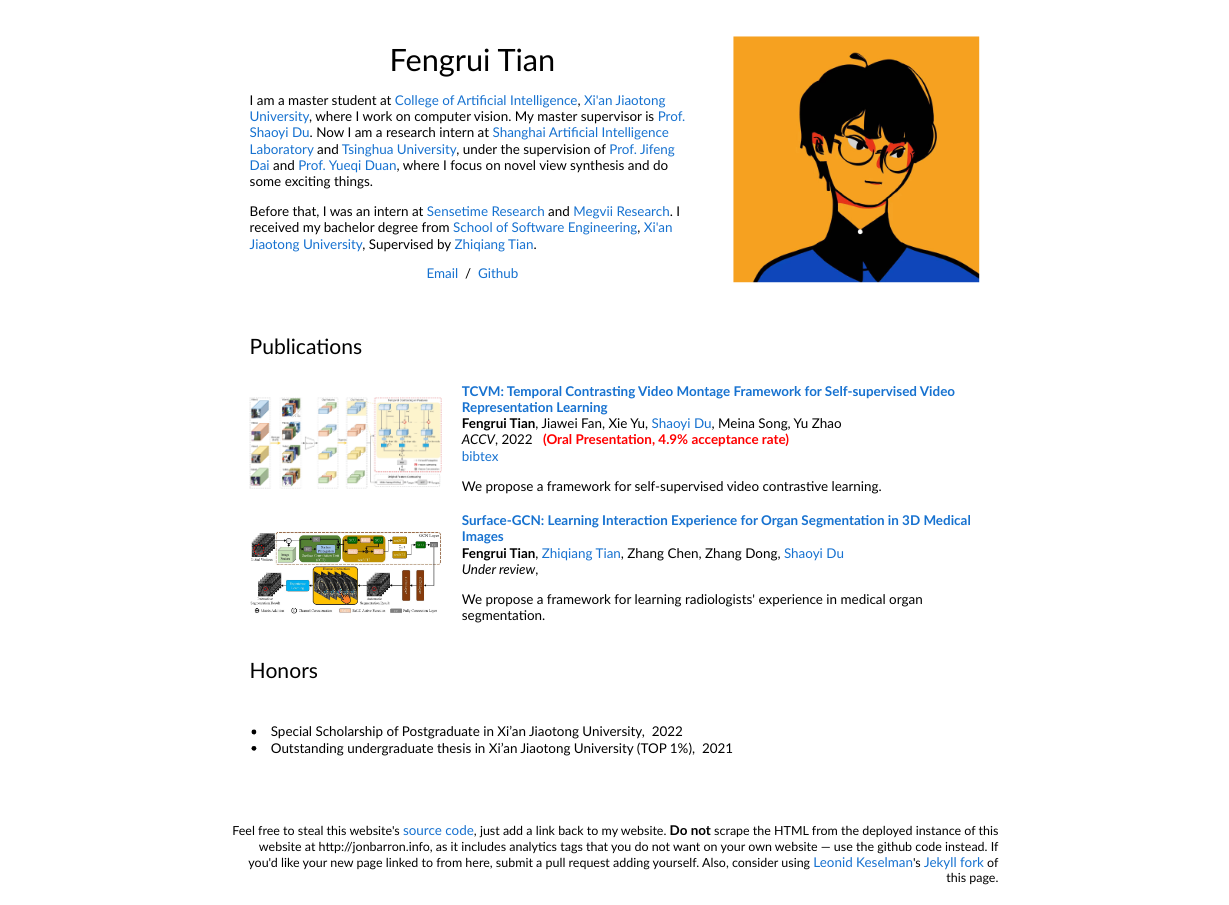
Repository: tianfr/tianfr.github.io
Page: index.html
These files come from the project's save history. The page is drawn as it stood at one moment and after the next save; the edit follows.
The browser window is 1280 px wide. The pictures show the whole page, at 96% of full size.

Above is the page before, as saved 2022-11-20 15:42:35.

### index.html
<!DOCTYPE HTML>
<html lang="en"><head><meta http-equiv="Content-Type" content="text/html; charset=UTF-8">

  <title>Fengrui Tian</title>

  <meta name="author" content="Fengrui Tian">
  <meta name="viewport" content="width=device-width, initial-scale=1">

  <link rel="stylesheet" type="text/css" href="stylesheet.css">
	<link rel="icon" href="data:[embedded picture, 141 characters]">
</head>

<body>
  <table style="width:100%;max-width:800px;border:0px;border-spacing:0px;border-collapse:separate;margin-right:auto;margin-left:auto;"><tbody>
    <tr style="padding:0px">
      <td style="padding:0px">
        <table style="width:100%;border:0px;border-spacing:0px;border-collapse:separate;margin-right:auto;margin-left:auto;"><tbody>
          <tr style="padding:0px">
            <td style="padding:2.5%;width:63%;vertical-align:middle">
              <p style="text-align:center">
                <name>Fengrui Tian</name>
              </p>
              <p>I am a master student at <a href="http://iair.xjtu.edu.cn/">College of Artificial Intelligence</a>, <a href="http://www.xjtu.edu.cn/">Xi'an Jiaotong University</a>, where I work on computer vision. My master supervisor is <a href="https://gr.xjtu.edu.cn/en/web/dushaoyi/home">Prof. Shaoyi Du</a>. Now I am a research intern at <a href="https://www.shlab.org.cn/">Shanghai Artificial Intelligence Laboratory</a> and <a href="https://www.tsinghua.edu.cn/">Tsinghua University</a>, under the supervision of <a href="https://jifengdai.org/">Prof. Jifeng Dai</a> and  <a href="https://duanyueqi.github.io/">Prof. Yueqi Duan</a>, where I focus on novel view synthesis and do some exciting things.
              </p>
              <p> Before that, I was an intern at <a href="https://www.sensetime.com/">Sensetime Research</a> and
                <a href="https://www.megvii.com/">Megvii Research</a>. I received my bachelor degree from  <a href="https://blog.google/products/google-ar-vr/introducing-next-generation-jump/">School of Software Engineering</a>, <a href="http://www.xjtu.edu.cn/">Xi'an Jiaotong University</a>, Supervised by <a href="https://gr.xjtu.edu.cn/en/web/zhiqiangtian/home">Zhiqiang Tian</a>.
              </p>
              <p style="text-align:center">
                <a href="mailto:tianfr@stu.xjtu.edu.cn">Email</a> &nbsp/&nbsp
                <!-- <a href="data/JonBarron-CV.pdf">CV</a> &nbsp/&nbsp -->
                <!-- <a href="data/JonBarron-bio.txt">Bio</a> &nbsp/&nbsp -->
                <!-- <a href="https://scholar.google.com/citations?hl=en&user=jktWnL8AAAAJ">Google Scholar</a> &nbsp/&nbsp -->
                <!-- <a href="https://twitter.com/jon_barron">Twitter</a> &nbsp/&nbsp -->
                <a href="https://github.com/tianfr/">Github</a>
              </p>
            </td>
            <td style="padding:2.5%;width:40%;max-width:40%">
              <a href="images/Fengrui_Tian_avatar.jpg"><img style="width:100%;max-width:100%" alt="profile photo" src="images/Fengrui_Tian_avatar.jpg" class="hoverZoomLink"></a>
            </td>
          </tr>
        <!-- </tbody></table>
        <table style="width:100%;border:0px;border-spacing:0px;border-collapse:separate;margin-right:auto;margin-left:auto;"><tbody>
            <tr>
            <td style="padding:20px;width:100%;vertical-align:middle">
              <heading>Research</heading>
              <p>
                I'm interested in computer vision, machine learning, optimization, and image processing. Much of my research is about inferring the physical world (shape, motion, color, light, etc) from images. Representative papers are <span class="highlight">highlighted</span>.
              </p>
            </td>
          </tr>
        </tbody></table> -->
        <table width="100%" align="center" border="0" cellspacing="0" cellpadding="20"><tbody>
          <tr>
            <td>
              <heading>Publications</heading>
            </td>
          </tr>
        </tbody></table>
        <table style="width:100%;border:0px;border-spacing:0px;border-collapse:separate;margin-right:auto;margin-left:auto;"><tbody>

          <tr onmouseout="dreamfusion_stop()" onmouseover="dreamfusion_start()">
            <td style="padding:20px;width:25%;vertical-align:middle">
              <img src="images/tcvm_overview.jpg" alt="prl" width="200" height="95">
            </td>
            <!-- <td style="padding:20px;width:25%;vertical-align:middle">
              <div class="one">
                <div class="two" id='dreamfusion_image'><video  width=100% height=100% muted autoplay loop>
                <source src="images/dreamfusion.mp4" type="video/mp4">
                Your browser does not support the video tag.
                </video></div>
                <img src='images/tcvm_overview.jpg' width="160">
              </div>
              <script type="text/javascript">
                function dreamfusion_start() {
                  document.getElementById('dreamfusion_image').style.opacity = "1";
                }

                function dreamfusion_stop() {
                  document.getElementById('dreamfusion_image').style.opacity = "0";
                }
                dreamfusion_stop()
              </script>
            </td> -->
            <!-- <td style="padding:20px;width:75%;vertical-align:middle"> -->
            <td width="75%" valign="middle">
              <a href="paper/22accv_tcvm.pdf">
                <papertitle>TCVM: Temporal Contrasting Video Montage Framework for Self-supervised Video Representation Learning</papertitle>
              </a>
              <br>
              <strong>Fengrui Tian</strong>,
              Jiawei Fan,
              Xie Yu,
              <a href="https://gr.xjtu.edu.cn/en/web/dushaoyi/home">Shaoyi Du</a>,
              Meina Song,
              Yu Zhao
              <br>
              <em>ACCV</em>, 2022 &nbsp <font color="red"><strong>(Oral Presentation, 4.9% acceptance rate)</strong></font>
              <br>
              <a href="data/accv22TCVM.bib">bibtex</a>
              <p></p>
              <p>
              We propose a framework for self-supervised video contrastive learning.
              </p>
            </td>
          </tr>


          <tr>
            <td style="padding:20px;width:25%;vertical-align:middle">
              <img src="images/surfacegcn.jpg" alt="prl" width="200" height="85">
            </td>
            <td width="75%" valign="middle">
              <a href="">
                <papertitle>Surface-GCN: Learning Interaction Experience for Organ Segmentation in 3D Medical Images</papertitle>
              </a>
              <br>
              <strong>Fengrui Tian</strong>,
              <a href="https://gr.xjtu.edu.cn/en/web/zhiqiangtian/home">Zhiqiang Tian</a>,
              Zhang Chen,
              Zhang Dong,
              <a href="https://gr.xjtu.edu.cn/en/web/dushaoyi/home">Shaoyi Du</a>
              <br>
              <em>Under review</em>,
              <br>
              <!-- <a href="data/BarronPRL2009.bib">bibtex</a> -->
              <p>We propose a framework for learning radiologists' experience in medical organ segmentation.</p>
            </td>
          </tr>

        </tbody></table>


        <table width="100%" align="center" border="0" cellspacing="0" cellpadding="20"><tbody>
          <tr>
            <td>
              <heading>Honors</heading>
            </td>
          </tr>
        </tbody></table>
        <table width="100%" align="center" border="0" cellpadding="20"><tbody>
          <tr>
            <td style="padding:20px;width:100%;vertical-align:middle">
              <li>Special Scholarship of Postgraduate in Xi’an Jiaotong University,&nbsp; 2022 </li>
              <li>Outstanding undergraduate thesis in Xi’an Jiaotong University (TOP 1%),&nbsp; 2021 </li> <br>
          </td>

          </tr>


        </tbody></table>
        <table style="width:100%;border:0px;border-spacing:0px;border-collapse:separate;margin-right:auto;margin-left:auto;"><tbody>
          <tr>
            <td style="padding:0px">
              <br>
              <p style="text-align:right;font-size:small;">
                Feel free to steal this website's <a href="https://github.com/jonbarron/jonbarron_website">source code</a>,
                just add a link back to my website.
                <strong>Do not</strong> scrape the HTML from the deployed instance of this website at http://jonbarron.info,
                as it includes analytics tags that you do not want on your own website &mdash; use the github code instead.
                If you'd like your new page linked to from here, submit a pull request adding yourself.

                Also, consider using <a href="https://leonidk.com/">Leonid Keselman</a>'s <a href="https://github.com/leonidk/new_website">Jekyll fork</a> of this page.
              </p>
            </td>
          </tr>
        </tbody></table>
      </td>
    </tr>
  </table>
</body>

</html>

### stylesheet.css
/* latin-ext */
@font-face {
  font-family: 'Lato';
  font-style: italic;
  font-weight: 400;
  src: local('Lato Italic'), local('Lato-Italic'), url(https://fonts.gstatic.com/s/lato/v15/S6u8w4BMUTPHjxsAUi-qNiXg7eU0.woff2) format('woff2');
  unicode-range: U+0100-024F, U+0259, U+1E00-1EFF, U+2020, U+20A0-20AB, U+20AD-20CF, U+2113, U+2C60-2C7F, U+A720-A7FF;
}
/* latin */
@font-face {
  font-family: 'Lato';
  font-style: italic;
  font-weight: 400;
  src: local('Lato Italic'), local('Lato-Italic'), url(https://fonts.gstatic.com/s/lato/v15/S6u8w4BMUTPHjxsAXC-qNiXg7Q.woff2) format('woff2');
  unicode-range: U+0000-00FF, U+0131, U+0152-0153, U+02BB-02BC, U+02C6, U+02DA, U+02DC, U+2000-206F, U+2074, U+20AC, U+2122, U+2191, U+2193, U+2212, U+2215, U+FEFF, U+FFFD;
}
/* latin-ext */
@font-face {
  font-family: 'Lato';
  font-style: italic;
  font-weight: 700;
  src: local('Lato Bold Italic'), local('Lato-BoldItalic'), url(https://fonts.gstatic.com/s/lato/v15/S6u_w4BMUTPHjxsI5wq_FQftx9897sxZ.woff2) format('woff2');
  unicode-range: U+0100-024F, U+0259, U+1E00-1EFF, U+2020, U+20A0-20AB, U+20AD-20CF, U+2113, U+2C60-2C7F, U+A720-A7FF;
}
/* latin */
@font-face {
  font-family: 'Lato';
  font-style: italic;
  font-weight: 700;
  src: local('Lato Bold Italic'), local('Lato-BoldItalic'), url(https://fonts.gstatic.com/s/lato/v15/S6u_w4BMUTPHjxsI5wq_Gwftx9897g.woff2) format('woff2');
  unicode-range: U+0000-00FF, U+0131, U+0152-0153, U+02BB-02BC, U+02C6, U+02DA, U+02DC, U+2000-206F, U+2074, U+20AC, U+2122, U+2191, U+2193, U+2212, U+2215, U+FEFF, U+FFFD;
}
/* latin-ext */
@font-face {
  font-family: 'Lato';
  font-style: normal;
  font-weight: 400;
  src: local('Lato Regular'), local('Lato-Regular'), url(https://fonts.gstatic.com/s/lato/v15/S6uyw4BMUTPHjxAwXiWtFCfQ7A.woff2) format('woff2');
  unicode-range: U+0100-024F, U+0259, U+1E00-1EFF, U+2020, U+20A0-20AB, U+20AD-20CF, U+2113, U+2C60-2C7F, U+A720-A7FF;
}
/* latin */
@font-face {
  font-family: 'Lato';
  font-style: normal;
  font-weight: 400;
  src: local('Lato Regular'), local('Lato-Regular'), url(https://fonts.gstatic.com/s/lato/v15/S6uyw4BMUTPHjx4wXiWtFCc.woff2) format('woff2');
  unicode-range: U+0000-00FF, U+0131, U+0152-0153, U+02BB-02BC, U+02C6, U+02DA, U+02DC, U+2000-206F, U+2074, U+20AC, U+2122, U+2191, U+2193, U+2212, U+2215, U+FEFF, U+FFFD;
}
/* latin-ext */
@font-face {
  font-family: 'Lato';
  font-style: normal;
  font-weight: 700;
  src: local('Lato Bold'), local('Lato-Bold'), url(https://fonts.gstatic.com/s/lato/v15/S6u9w4BMUTPHh6UVSwaPGQ3q5d0N7w.woff2) format('woff2');
  unicode-range: U+0100-024F, U+0259, U+1E00-1EFF, U+2020, U+20A0-20AB, U+20AD-20CF, U+2113, U+2C60-2C7F, U+A720-A7FF;
}
/* latin */
@font-face {
  font-family: 'Lato';
  font-style: normal;
  font-weight: 700;
  src: local('Lato Bold'), local('Lato-Bold'), url(https://fonts.gstatic.com/s/lato/v15/S6u9w4BMUTPHh6UVSwiPGQ3q5d0.woff2) format('woff2');
  unicode-range: U+0000-00FF, U+0131, U+0152-0153, U+02BB-02BC, U+02C6, U+02DA, U+02DC, U+2000-206F, U+2074, U+20AC, U+2122, U+2191, U+2193, U+2212, U+2215, U+FEFF, U+FFFD;
}

a {
  color: #1772d0;
  text-decoration: none;
}

a:focus,
a:hover {
  color: #f09228;
  text-decoration: none;
}

body,
td,
th,
tr,
p,
a {
  font-family: 'Lato', Verdana, Helvetica, sans-serif;
  font-size: 14px
}

strong {
  font-family: 'Lato', Verdana, Helvetica, sans-serif;
  font-size: 14px;
}

heading {
  font-family: 'Lato', Verdana, Helvetica, sans-serif;
  font-size: 22px;
}

papertitle {
  font-family: 'Lato', Verdana, Helvetica, sans-serif;
  font-size: 14px;
  font-weight: 700
}

name {
  font-family: 'Lato', Verdana, Helvetica, sans-serif;
  font-size: 32px;
}

.one {
  width: 160px;
  height: 160px;
  position: relative;
}

.two {
  width: 160px;
  height: 160px;
  position: absolute;
  transition: opacity .2s ease-in-out;
  -moz-transition: opacity .2s ease-in-out;
  -webkit-transition: opacity .2s ease-in-out;
}

.fade {
  transition: opacity .2s ease-in-out;
  -moz-transition: opacity .2s ease-in-out;
  -webkit-transition: opacity .2s ease-in-out;
}

span.highlight {
  background-color: #ffffd0;
}

After the next save:
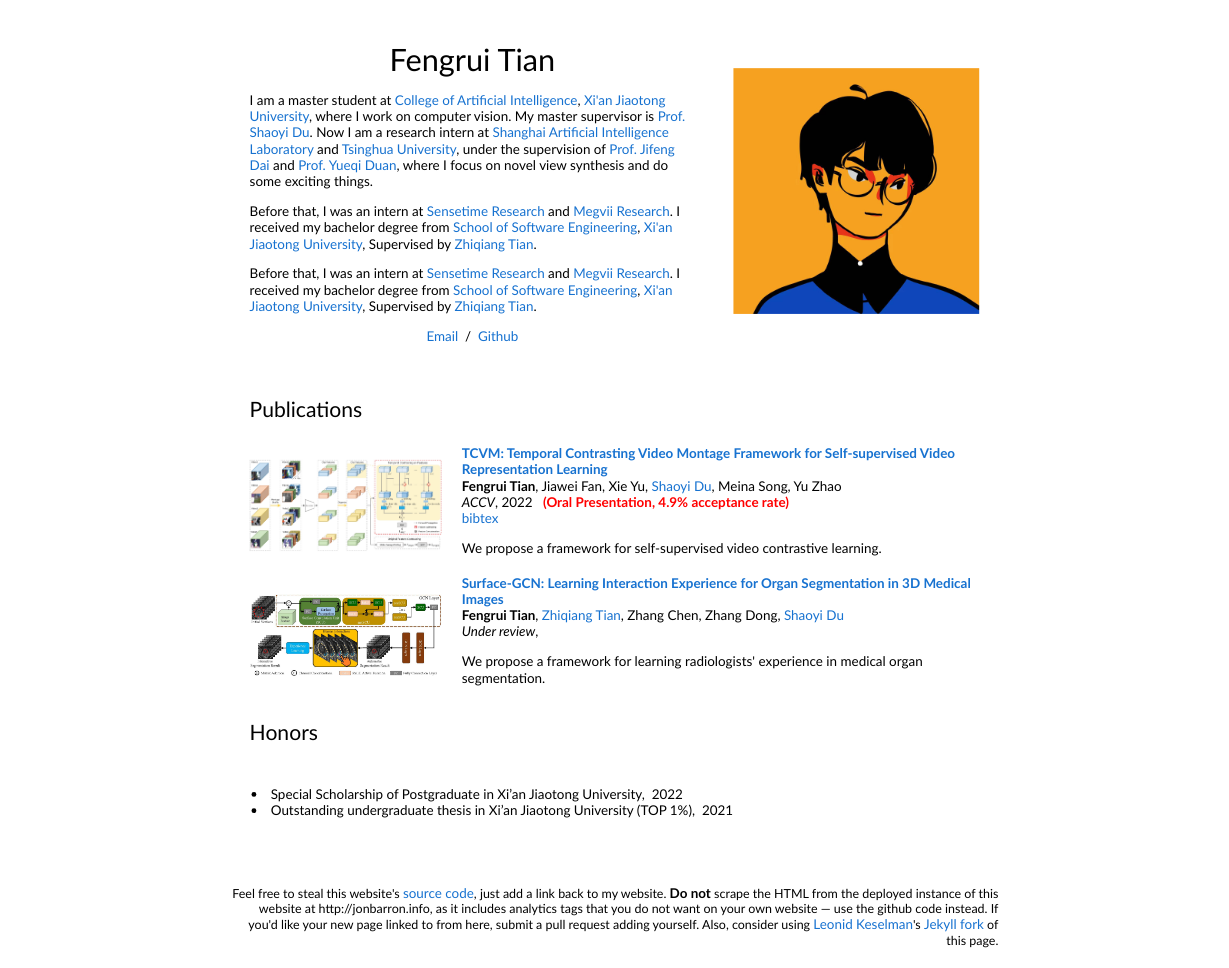
Saved 25 s later.
--- a/index.html
+++ b/index.html
@@ -21,6 +21,9 @@
                 <name>Fengrui Tian</name>
               </p>
               <p>I am a master student at <a href="http://iair.xjtu.edu.cn/">College of Artificial Intelligence</a>, <a href="http://www.xjtu.edu.cn/">Xi'an Jiaotong University</a>, where I work on computer vision. My master supervisor is <a href="https://gr.xjtu.edu.cn/en/web/dushaoyi/home">Prof. Shaoyi Du</a>. Now I am a research intern at <a href="https://www.shlab.org.cn/">Shanghai Artificial Intelligence Laboratory</a> and <a href="https://www.tsinghua.edu.cn/">Tsinghua University</a>, under the supervision of <a href="https://jifengdai.org/">Prof. Jifeng Dai</a> and  <a href="https://duanyueqi.github.io/">Prof. Yueqi Duan</a>, where I focus on novel view synthesis and do some exciting things.
+              </p>
+              <p> Before that, I was an intern at <a href="https://www.sensetime.com/">Sensetime Research</a> and
+                <a href="https://www.megvii.com/">Megvii Research</a>. I received my bachelor degree from  <a href="https://blog.google/products/google-ar-vr/introducing-next-generation-jump/">School of Software Engineering</a>, <a href="http://www.xjtu.edu.cn/">Xi'an Jiaotong University</a>, Supervised by <a href="https://gr.xjtu.edu.cn/en/web/zhiqiangtian/home">Zhiqiang Tian</a>.
               </p>
               <p> Before that, I was an intern at <a href="https://www.sensetime.com/">Sensetime Research</a> and
                 <a href="https://www.megvii.com/">Megvii Research</a>. I received my bachelor degree from  <a href="https://blog.google/products/google-ar-vr/introducing-next-generation-jump/">School of Software Engineering</a>, <a href="http://www.xjtu.edu.cn/">Xi'an Jiaotong University</a>, Supervised by <a href="https://gr.xjtu.edu.cn/en/web/zhiqiangtian/home">Zhiqiang Tian</a>.
